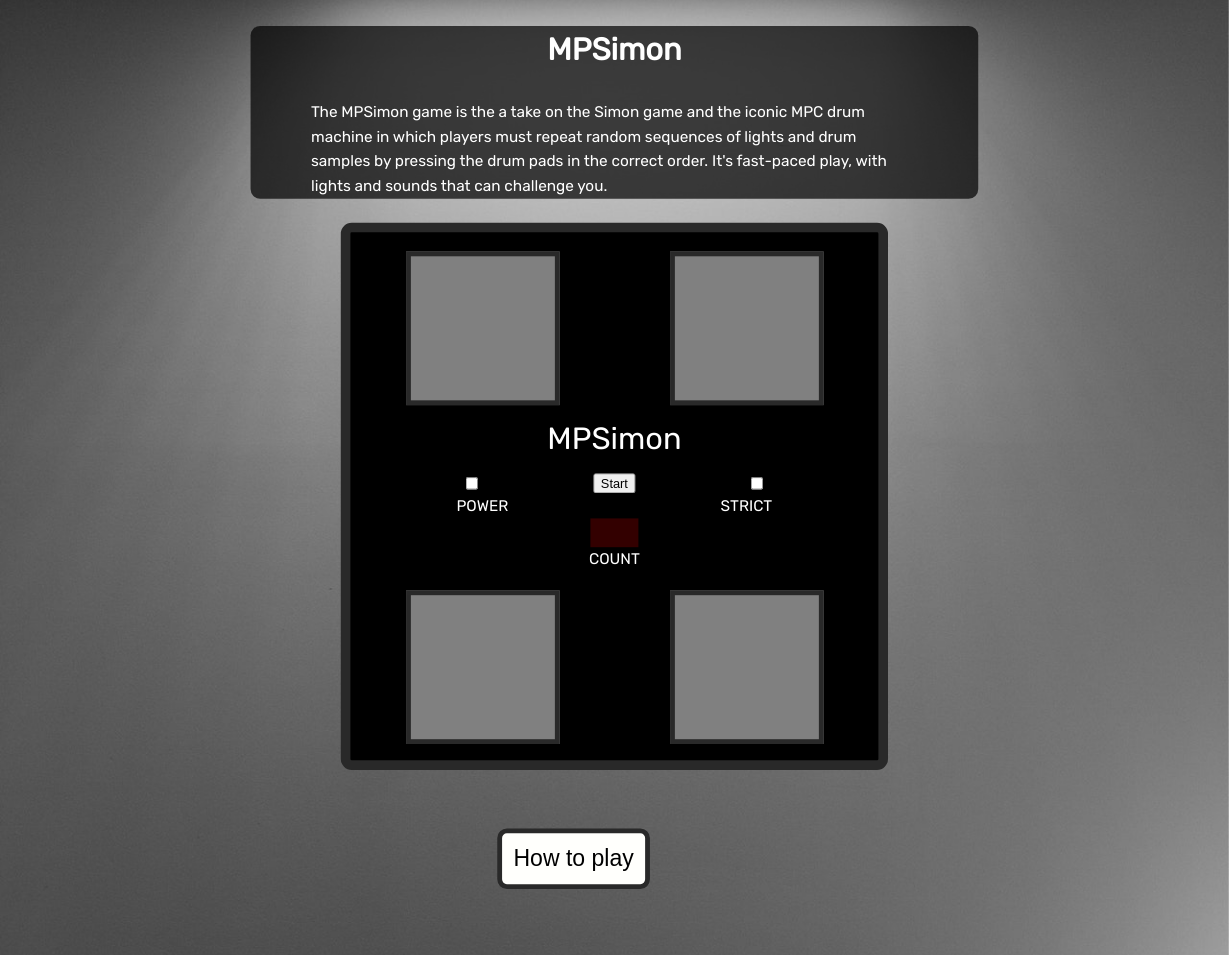
Repository: Neilfoster/MPSimon
Page: index.html
The author's editor kept a record of every edit. The page is drawn from the files as they stood at one moment, then again after the next edit.
The browser window is 1280 px wide. The pictures show the whole page, at 96% of full size.

Above is the page before.
Console error: ReferenceError: clickOutside is not defined

### index.html
<!DOCTYPE html>

<html>

<head>
    <meta charset="UTF-8">
    <meta http-equiv="X-UA-Compatible" content="IE=edge,chrome=1">
    <meta name="viewport" content="width=device-width,initial-scale=1">
    <link href="https://fonts.googleapis.com/css?family=Rubik&display=swap" rel="stylesheet">
    <title>MPSimon</title>
    <link rel="stylesheet" href="css/style.css">
    <audio id="clip1">
      <source src="audio/hat.mp3"></source>
    </audio>
    <audio id="clip2">
      <source src="audio/kick.mp3"></source>
    </audio>
    <audio id="clip3">
      <source src="audio/snare1.mp3"></source>
    </audio>
    <audio id="clip4">
      <source src="audio/snare2.mp3"></source>
    </audio>
</head>

<body>
    <div class="header">
        <h2 class="head-title">MPSimon</h2>
        <p>The MPSimon game is the a take on the Simon game and the iconic MPC drum machine in which players must repeat random sequences of lights and drum samples by pressing the drum pads in the correct order. It's fast-paced play, with lights and sounds
            that can challenge you.</p>
    </div>
    <div id="outer-box">
        <div id="top-row">
            <div id="top-left"></div>
            <div id="top-right"></div>
        </div>
        <div id="inner-box">
            <div id="title" class="text-effect">MPSimon</div>
            <div id="switches">
                <input type="checkbox" class="toggle" id="on">
                <button type="button" id="start">Start</button>
                <input type="checkbox" class="toggle" id="strict">
            </div>
            <div class="text1">
                <span>POWER</span>
                <span>STRICT</span>
            </div>
            <div id="turn"></div>
            <div class="text2">
                COUNT
            </div>
        </div>
        <div id="bottom-row">
            <div id="bottom-left"></div>
            <div id="bottom-right"></div>
        </div>
    </div>

    <div class="rules">
        <button id="modalBtn" class="button">How to play</button>
        <div id="ruleModal" class="modal">
            <div class="modal-content">
                <div class="modal-header">
                    <span class="closeBtn">&times;</span>
                    <h2>How To Play</h2>
                </div>
                <div class="modal-body">
                    <ul>
                        <li>Turn the game on by selecting the power button and then pressing start.</li>
                        <li>MPSimon will give the first signal.</li>
                        <li>Repeat the signal by pressing the same pad.</li>
                        <li>MPSIMON will duplicate the first sound and will add one.</li>
                        <li>Repeat these two sounds by pressing the same pads.</li>
                        <li>MPSIMON will duplicate these first two sounds and add one.</li>
                        <li>Continue in this manner as long as you can repeat each sequence of sound correctly.</li>
                        <li>If you cannot repeat the sequence correctly , MPSIMON will repeat the sequence again until you can.</li>
                        <li>Selecting STRICT mode resets the pattern to the beginning if you get the sequence wrong.</li>
                        <li>To win the game repeat the sequence until it reaches 20 consecutive sounds.</li>
                    </ul>
                </div>
            </div>
        </div>
    </div>
    <script src="js/index.js"></script>
</body>

</html>

### css/style.css
body {
  color:white;
  font-family: 'Rubik', sans-serif;
  line-height: 1.6;
  background-image: url("../images/image-1.jpg");
  background-position: center;
  background-repeat: no-repeat;
  background-size: cover;
}
.header{
  margin:2% 20%;
  padding: 0 5% ;
  border-radius: 10px;
  background: rgba(0,0,0,0.7);
}
.head-title{
  text-align:center;
  font-size:2rem;
  font-family: 'Rubik', sans-serif;
}
#outer-box {
  border: 10px solid #292929 ;
  border-radius: 2%;
  height:550px;
  width:550px;
  margin: auto;
  background-color: black
}
#top-row{
  display: flex;
  flex-direction: row;
  justify-content: space-around;
  margin-top:20px;
}
#bottom-row{
  display: flex;
  flex-direction: row;
  justify-content: space-around;
  margin-top:20px;
}
#inner-box{
  display: flex;
  flex-direction: column;
  justify-content: center;
}
#switches{
  display: flex;
  flex-direction: row;
  justify-content: center;
  }
#top-left {
  border:5px solid #292929;
  height:150px;
  width: 150px;
  background-color: grey;
}
#top-right {
  border: 5px solid #292929;
  height:150px;
  width: 150px;
  background-color: grey;
}
#bottom-left {
  border:5px solid #292929;
  height:150px;
  width: 150px;
  background-color: grey;
}
#bottom-right {
  border: 5px solid #292929;
  height:150px;
  width: 150px;
  background-color: grey;
}
#title {
  display: flex;
  flex-direction: row;
  justify-content: center;
  font-size: 2rem;
  padding: 10px 5px;
}
#turn {
  background: #330000;
  color: red;
  font-family: courier;
  font-size: 20px;
  height: 30px;
  width: 50px;
  text-align: center;
  vertical-align: middle;
  line-height: 30px;
  margin: auto;
}
.toggle {
  margin: auto;
}
.text1 {
  margin: 0;
  display: flex;
  flex-direction: row;
  justify-content: space-around;
  align-items: baseline;
}
.text2 {
  margin: auto;
}
.rules {
  padding: 0px 20px;
}

/*Button*/
.button {
  background-color:#fffffc;
  margin: 5% 40%;
  font-size: 1.5rem;
  padding:1%;
  color: #000;
  border-radius:10px;
  border:5px solid #292929;
  }
.button:hover{
  background:#333;
}

/*modal*/
.modal{
  display: none;
  position: fixed;
  z-index: 1;
  left:0;top:0;
  height: 100%;
  width:100%;
  overflow: auto;
  background-color: rgba(0,0,0,0.7);
}
.modal-content{
  background-color: #f4f4f4;
  margin: 20% auto;
  color:black;
  width:60%;
  box-shadow: 0 5px 8px 0 rgba(0,0,0,0.2),
              0 7px 20px 0 rgba(0,0,0,0.2);
  animation-name: modalopen;
  animation-duration: 1s;
}
.modal-header{
  background:grey;
  padding:15px;
  color:#fff;
  text-align: center;
}
.modal-body{
  padding: 10px 20px;
}
.closeBtn{
  color: #fff;
  float:right;
  font-size:30px;
}
.closeBtn:hover,.closeBtn:focus{
  color:#000;
  text-decoration:none;
  cursor:pointer;
}
.rules {
  font-family: 'Merriweather', serif;
  font-size:1.2rem;
}
@keyframes modalopen{
  from{ opacity: 0}
  to {opacity: 1}
}


@media only screen and (max-width: 768px) {
  #outer-box {
  border: 10px solid #292929 ;
  border-radius: 2%;
  height:800px;
  width:500px;
  margin: auto;
  background-color: black
}
#inner-box{
  padding:20% 0;
}
.header {
  display:none;
}
}

### js/index.js
//variables
let order = [] ;
let playerOrder = [] ;
let flash ;
let turn ;
let good ;
let compTurn ;
let intervalID ;
let strict = false ;
let noise = true ;
let on = false ;
let win ;

const turnCounter = document.getElementById("turn");
const topLeft = document.getElementById("top-left");
const topRight = document.getElementById("top-right");
const bottomLeft = document.getElementById("bottom-left");
const bottomRight = document.getElementById("bottom-right");
const strictButton = document.getElementById("strict");
const onButton = document.getElementById("on");
const startButton = document.getElementById("start")

strictButton.addEventListener('click', (event) => {
  if (strictButton.checked == true) {
    strict = true;
  } else {
    strict = false;
  }
});

onButton.addEventListener('click', (event) => {
  if (onButton.checked == true) {
    on = true;
    turnCounter.innerHTML = "-";
  } else {
    on = false;
    turnCounter.innerHTML = "";
    clearColor();
    clearInterval(intervalId);
  }
});

startButton.addEventListener('click', (event) => {
  if (on || win) {
    play();
  }
});

function play() {
  win = false;
  order = [];
  playerOrder = [];
  flash = 0;
  intervalId = 0;
  turn = 1;
  turnCounter.innerHTML = 1;
  good = true;
  for (var i = 0; i < 20; i++) {
    order.push(Math.floor(Math.random() * 4) + 1);
  }
  compTurn = true;

  intervalId = setInterval(gameTurn, 800);
}

function gameTurn() {
  on = false;

  if (flash == turn) {
    clearInterval(intervalId);
    compTurn = false;
    clearColor();
    on = true;
  }

  if (compTurn) {
    clearColor();
    setTimeout(() => {
      if (order[flash] == 1) one();
      if (order[flash] == 2) two();
      if (order[flash] == 3) three();
      if (order[flash] == 4) four();
      flash++;
    }, 200);
  }
}
//pads
function one (){
  if (noise) {
    let audio = document.getElementById('clip1');
    audio.play();
  }
  noise = true;
  topLeft.style.backgroundColor = "#63a785";
}

function two (){
  if (noise) {
    let audio = document.getElementById('clip2');
    audio.play();
  }
  noise = true;
  topRight.style.backgroundColor = "#a76b6b";
}

function three (){
  if (noise) {
    let audio = document.getElementById('clip3');
    audio.play();
  }
  noise = true;
  bottomLeft.style.backgroundColor = "#9da76b";
}

function four (){
  if (noise) {
    let audio = document.getElementById('clip4');
    audio.play();
  }
  noise = true;
  bottomRight.style.backgroundColor = "#6c6ba7";
}

 function clearColor() {
   topLeft.style.backgroundColor = "grey";
   topRight.style.backgroundColor = "grey";
   bottomRight.style.backgroundColor = "grey";
   bottomLeft.style.backgroundColor = "grey";
}
function flashColor() {
  topLeft.style.backgroundColor = "#63a785";
  topRight.style.backgroundColor = "#a76b6b";
  bottomRight.style.backgroundColor = "#9da76b";
  bottomLeft.style.backgroundColor = "#6c6ba7";
}

topLeft.addEventListener('click', (event) => {
  if (on) {
    playerOrder.push(1);
    check();
    one();
    if(!win) {
      setTimeout(() => {
        clearColor();
      }, 300);
    }
  }
})

topRight.addEventListener('click', (event) => {
  if (on) {
    playerOrder.push(2);
    check();
    two();
    if(!win) {
      setTimeout(() => {
        clearColor();
      }, 300);
    }
  }
})

bottomLeft.addEventListener('click', (event) => {
  if (on) {
    playerOrder.push(3);
    check();
    three();
    if(!win) {
      setTimeout(() => {
        clearColor();
      }, 300);
    }
  }
})

bottomRight.addEventListener('click', (event) => {
  if (on) {
    playerOrder.push(4);
    check();
    four();
    if(!win) {
      setTimeout(() => {
        clearColor();
      }, 300);
    }
  }
})

function check() {
  if (playerOrder[playerOrder.length - 1] !== order[playerOrder.length - 1])
    good = false;

  if (playerOrder.length ==20 && good) {
    winGame();
  }

  if (good == false) {
    flashColor();
    turnCounter.innerHTML = "NO!";
    setTimeout(() => {
      turnCounter.innerHTML = turn;
      clearColor();

      if (strict) {
        play();
      } else {
        compTurn = true;
        flash = 0;
        playerOrder = [];
        good = true;
        intervalId = setInterval(gameTurn, 800);
      }
    }, 800);

    noise = false;
  }

  if (turn == playerOrder.length && good && !win) {
    turn++;
    playerOrder = [];
    compTurn = true;
    flash = 0;
    turnCounter.innerHTML = turn;
    intervalId = setInterval(gameTurn, 800);
  }

}

function winGame() {
  flashColor();
  turnCounter.innerHTML = "WIN!";
  on = false;
  win = true;
}

////Modal

// Get Modal Element
let modal = document.getElementById("ruleModal");
// Get open modal button
let modalBtn = document.getElementById("modalBtn");
// get close button
let closeBtn = document.getElementsByClassName("closeBtn")[0];

//Listen for  open click
modalBtn.addEventListener('click',openModal);
//Listen for close click
closeBtn.addEventListener('click',closeModal);
//Listen for outside click
window.addEventListener('click', clickOutside)
// Function to open modal
function openModal(){
  modal.style.display = "block" ;
}
// Function to close modal
function closeModal(){
  modal.style.display = "none" ;
}

After the next edit:
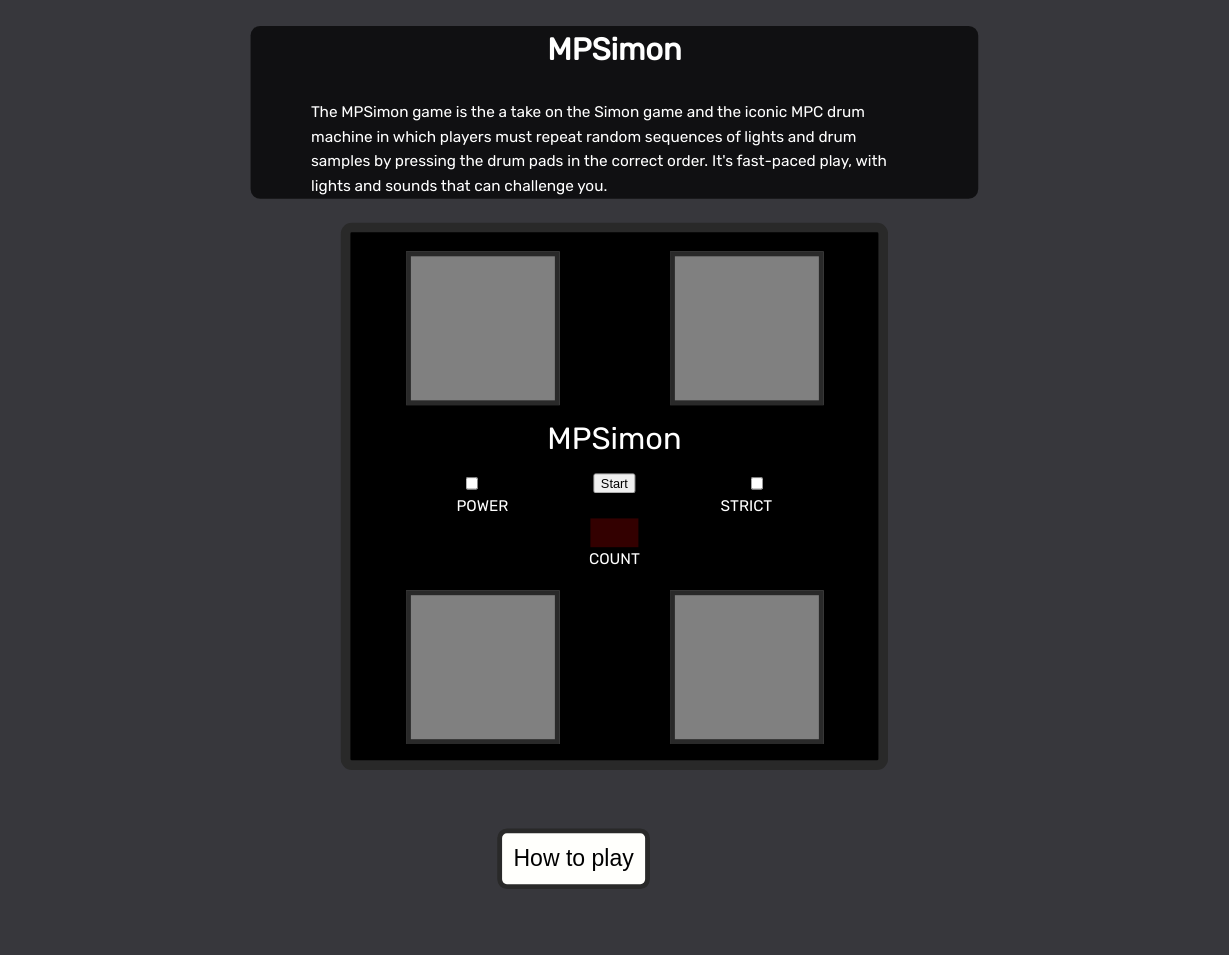
The edit:
--- a/css/style.css
+++ b/css/style.css
@@ -2,7 +2,8 @@
   color:white;
   font-family: 'Rubik', sans-serif;
   line-height: 1.6;
-  background-image: url("../images/image-1.jpg");
+  /*background-image: url("../images/image-2.jpg");*/
+  background-color:#37373c;
   background-position: center;
   background-repeat: no-repeat;
   background-size: cover;
